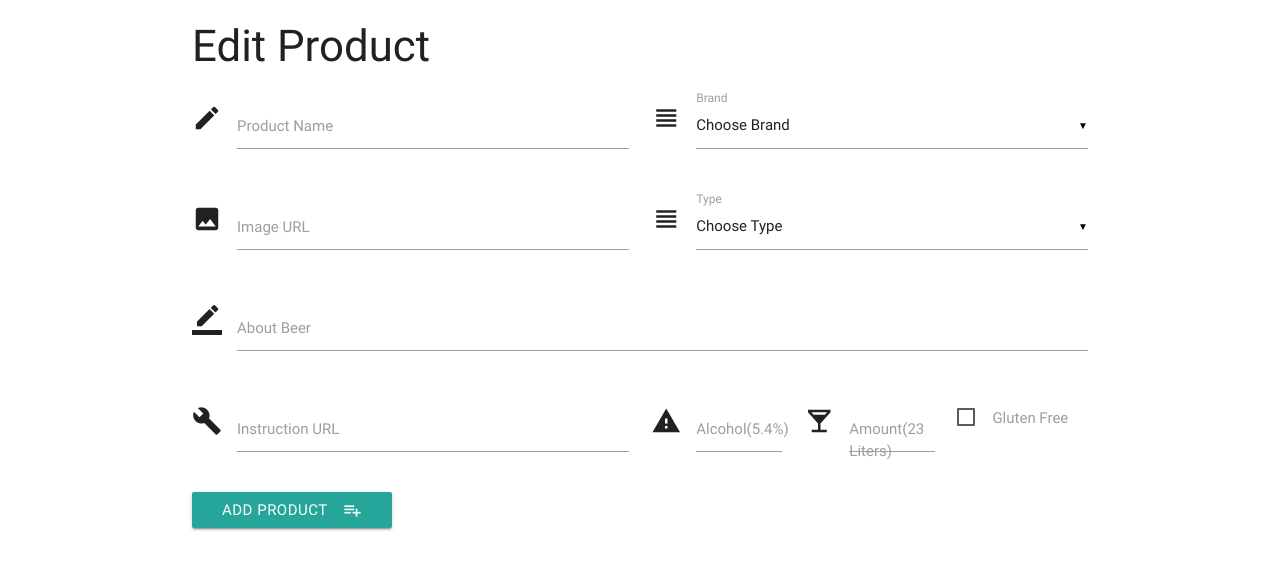
Repository: Leon2ev/lazy-brew
Page: templates/editproduct.html
The author's editor kept a record of every edit. The page is drawn from the files as they stood at one moment, then again after the next edit.
The browser window is 1280 px wide. The pictures show the whole page.
Some web libraries are served in a nearby version. The page is served by the project's application, run on Flask 3 (app.py). The template is opened directly, without the code that normally fills it, so the values that code supplies are empty.

Above is the page before.

After the next edit:
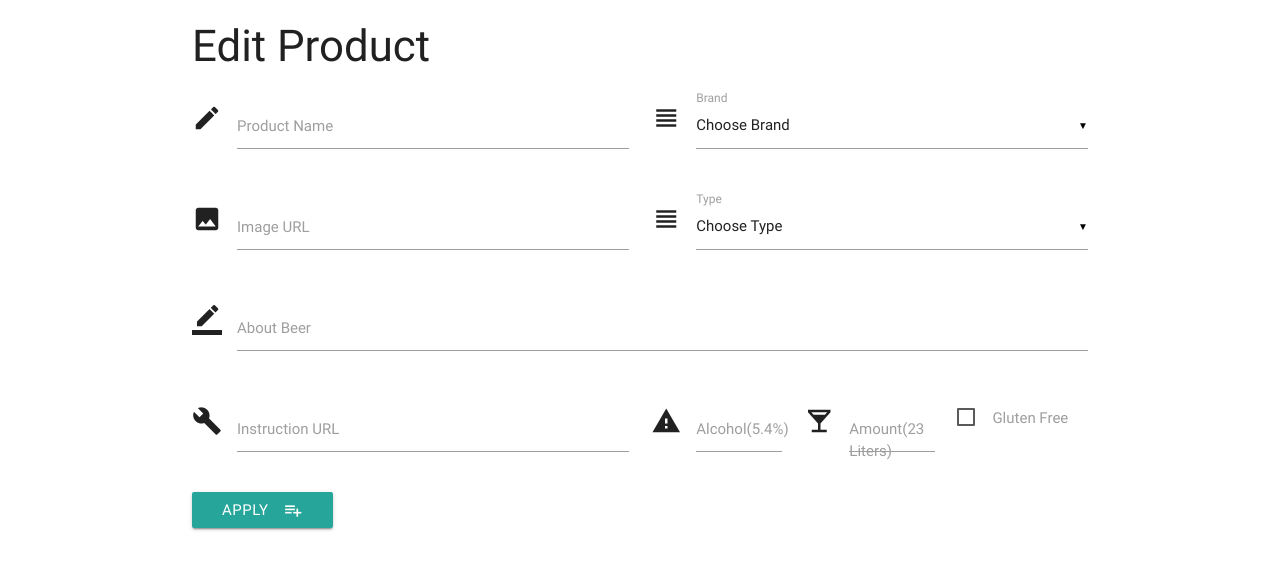
The edit:
--- a/templates/editproduct.html
+++ b/templates/editproduct.html
@@ -78,7 +78,7 @@
                     </div>
                     <div class="row">
                         <div class="col s12">
-                            <button class="btn waves-effect waves-light" type="submit">Add Product
+                            <button class="btn waves-effect waves-light" type="submit">Apply
                                 <i class="material-icons right">playlist_add</i>
                             </button>
                         </div>
